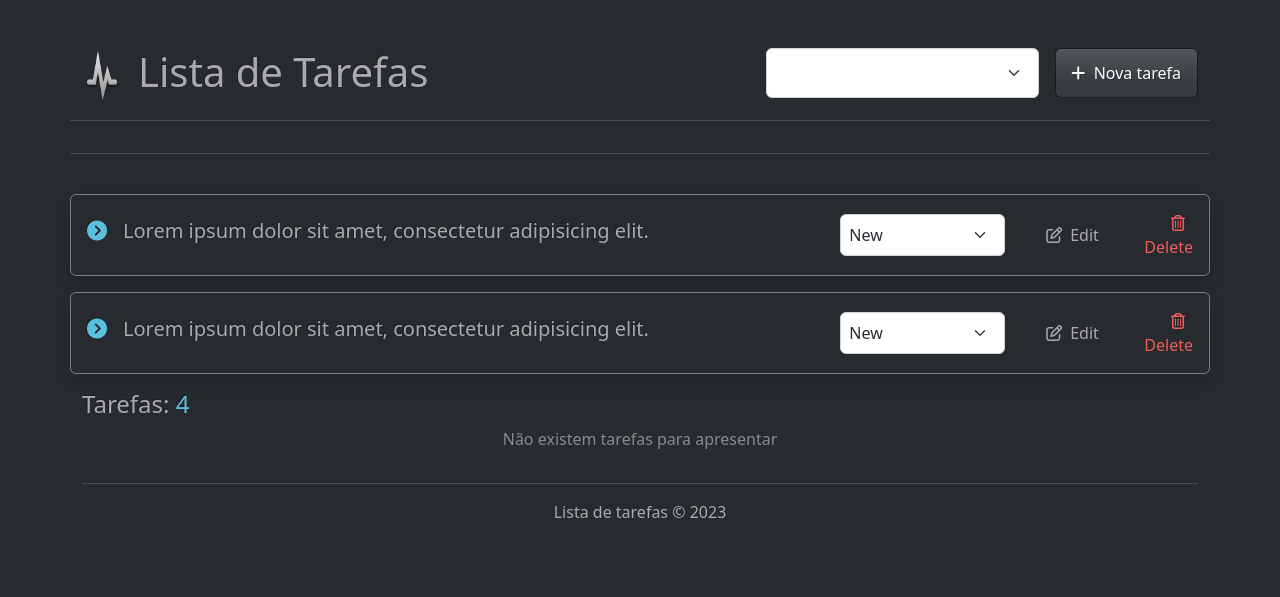
Repository: cargugati/lista_tarefas
Page: frontEnd/index.html
An editor plug-in stored every save of this project. The page is shown before and after the next save, followed by the edit.
The browser window is 1280 px wide. The pictures show the whole page.

Above is the page before, as saved 2023-04-01 20:29:16.

After the next save:
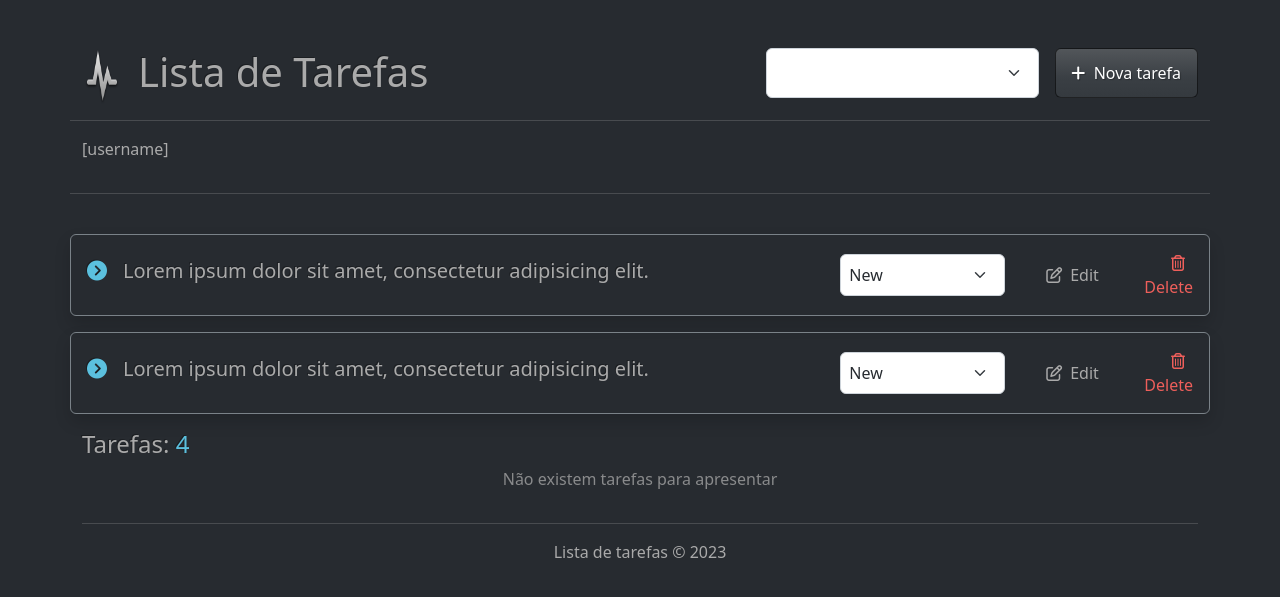
Saved 39 s later.
--- a/frontEnd/index.html
+++ b/frontEnd/index.html
@@ -33,6 +33,7 @@
         </div>
       </div>
       <hr class="my-3">
+      <p id="username">[username]</p>
       <hr class="my-3">
     </div>
 
